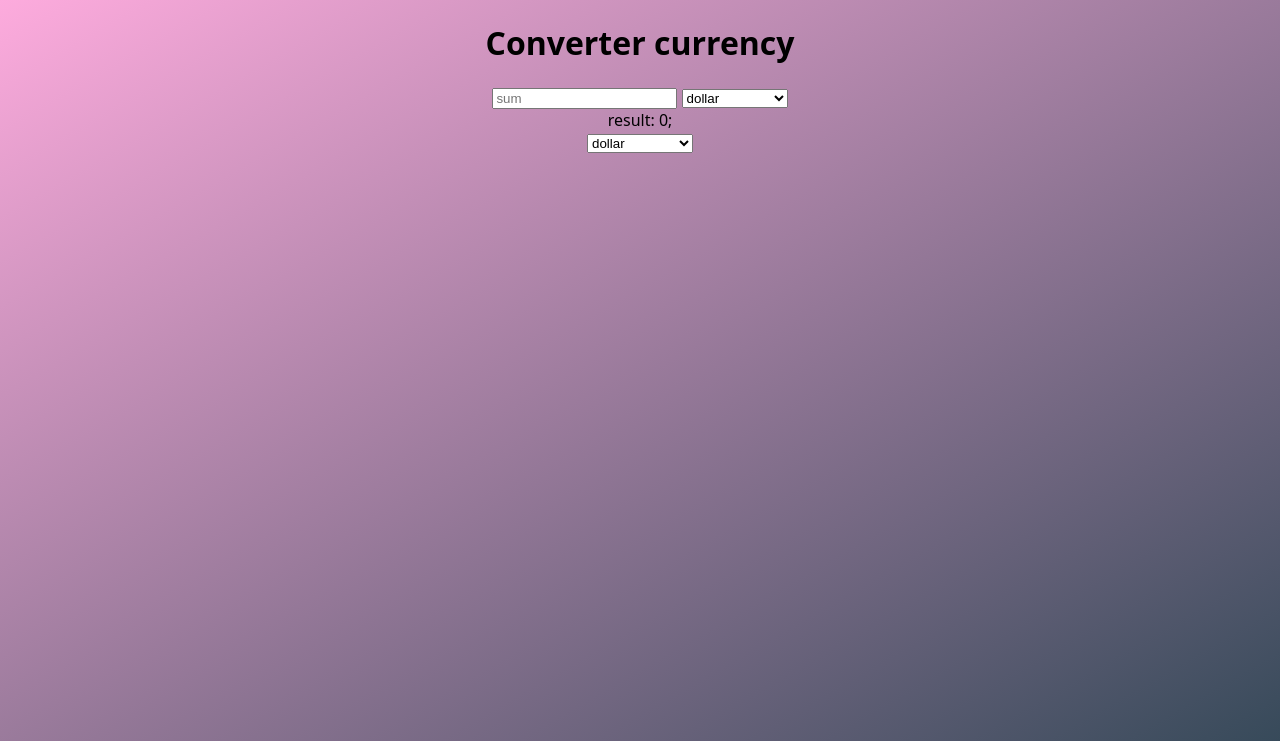
Repository: qtqqrdy13/converter_currerncy
Page: index.html
These files come from the project's save history. The page is drawn as it stood at one moment and after the next save; the edit follows.
The browser window is 1280 px wide. The pictures show the whole page.

Above is the page before, as saved 2023-10-30 14:27:17.

### index.html
<!DOCTYPE html>
<html lang="en">
<head>
    <meta charset="UTF-8">
    <title>Document</title>
    <link rel="stylesheet" href="style.css">
</head>
<body>
    <h1>Converter currency</h1>
    <div class="converter">
        <div class="input">
            <input type="number" id="amount" placeholder="sum">
            <select name="" id="from_currency">
                <option value="usd">dollar</option>
                <option value="euro">euro</option>
                <option value="uah">grivna</option>
                <option value="zl">zloty</option>
                <option value="gbp">pound sterling</option>
            </select>

        </div>
        <div class="output">
            <div id="result">
                result: 0;
            </div>
            <select name="" id="to_currency">
                <option value="usd">dollar</option>
                <option value="euro">euro</option>
                <option value="uah">grivna</option>
                <option value="zl">zloty</option>
                <option value="gbp">pound sterling</option>
            </select>


        </div>
    </div>
    <script src="script.js"></script>

</body>
</html>

### style.css
body{
    font-family: system-ui, -apple-system, BlinkMacSystemFont, 'Segoe UI', Roboto, Oxygen, Ubuntu, Cantarell, 'Open Sans', 'Helvetica Neue', sans-serif;
    text-align: center;
    background-image: linear-gradient(to bottom right, #FDABDD, #374A5A);
    background-repeat: no-repeat;
    margin: 0;
    padding: 0;
    height: 100%;
    min-height: 100vh;

}

Loaded but not shown: script.js (no copy from this time; the picture is the same without it)

After the next save:
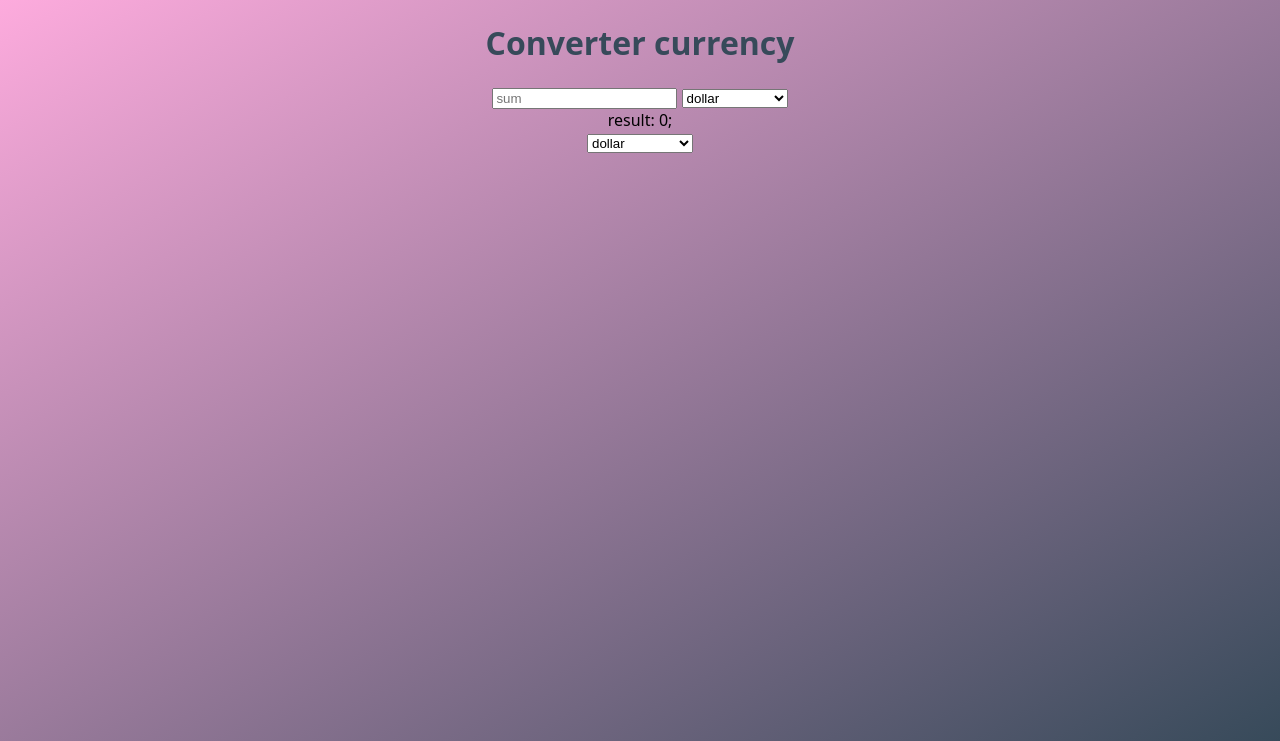
Saved 51 s later.
--- a/style.css
+++ b/style.css
@@ -7,5 +7,7 @@ body{
     padding: 0;
     height: 100%;
     min-height: 100vh;
-
 }
+h1{
+    color: #374A5A;
+}
